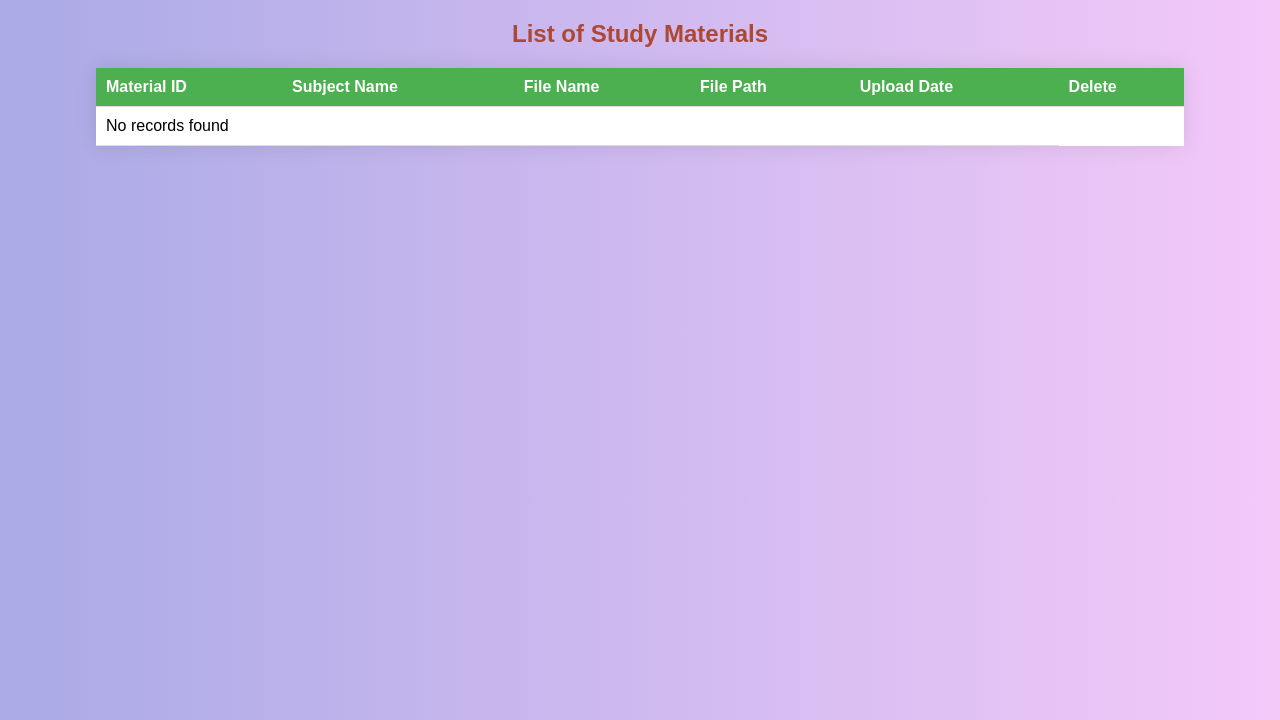
Repository: Acharya-Keerthana/Education
Page: http://localhost/education/third_sem/COD.php
An editor plug-in stored every save of this project. The page is shown before and after the next save, followed by the edit.
The browser window is 1280 px wide. The pictures show the whole page.
The page is run by PHP 8.4 with error messages shown; the project is at /var/www/html/. Queries for data that is not in the repository find no rows.

Above is the page before, as saved 2024-04-16 20:18:44.

After the next save:
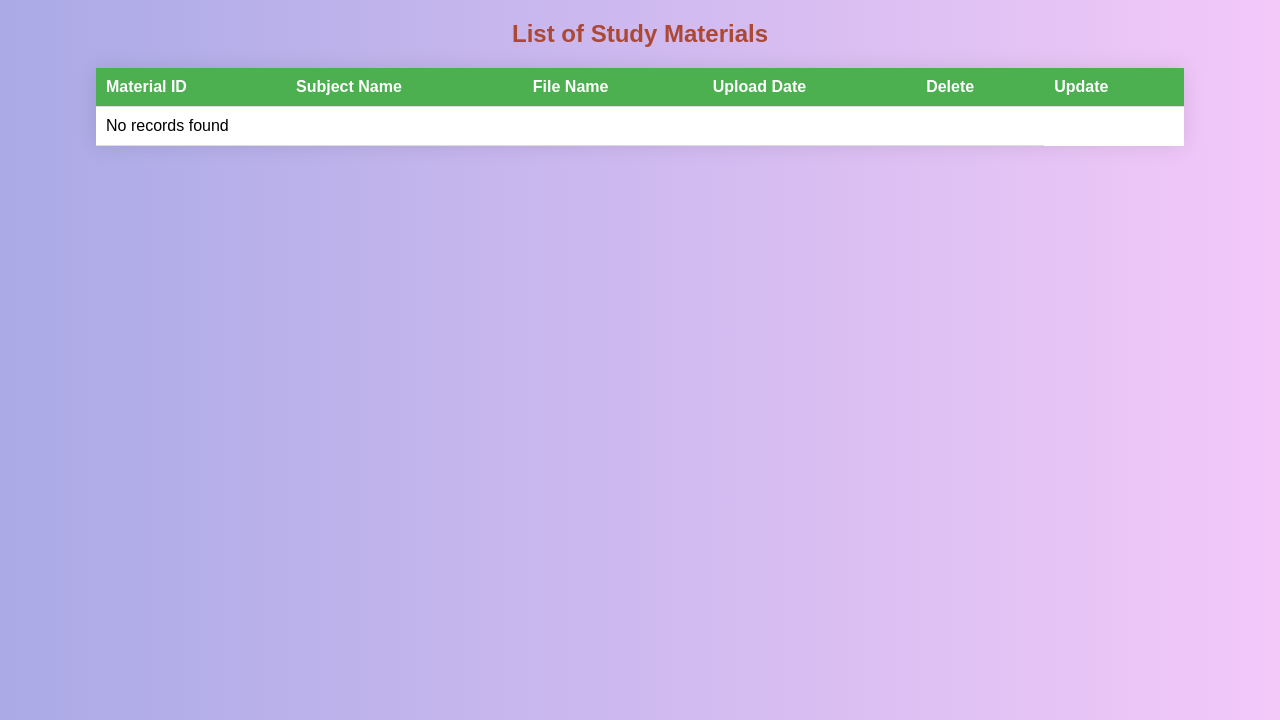
Saved 4 min 13 s later.
--- a/third_sem/COD.php
+++ b/third_sem/COD.php
@@ -11,9 +11,9 @@
                 <th>Material ID</th>
                 <th>Subject Name</th>
                 <th>File Name</th>
-                <th>File Path</th>
                 <th>Upload Date</th>
                 <th>Delete</th>
+                <th>Update</th>
             </tr>
             <?php
             require 'database.php';
@@ -31,9 +31,10 @@
                     echo "<td>" . $row["material_id"] . "</td>";
                     echo "<td>" . $row["subject_name"] . "</td>";
                     echo "<td>" . $row["file_name"] . "</td>";
-                    echo "<td>" . $row["file_path"] . "</td>";
                     echo "<td>" . $row["upload_date"] . "</td>";
-                    echo "<td><a href='delete.php?material_id=" . $row['material_id'] . "' onclick=\"return confirm('Are you sure you want to delete this study material?');\">Delete</a></td>";
+                    echo "<td>" . $row["Update"] . "</td>";
+                    echo "<td><a href='http://localhost/education/delete.php?material_id=" . $row['material_id'] . "' onclick=\"return confirm('Are you sure you want to delete this study material?');\">Delete</a></td>";
+                    echo "<td><a href='http://localhost/education/updateup.php?material_id=" . $row['material_id'] . "' onclick=\"return confirm('Are you sure you want to update this study material?');\">Delete</a></td>";
                     echo "</tr>";
                 }
             } else {
